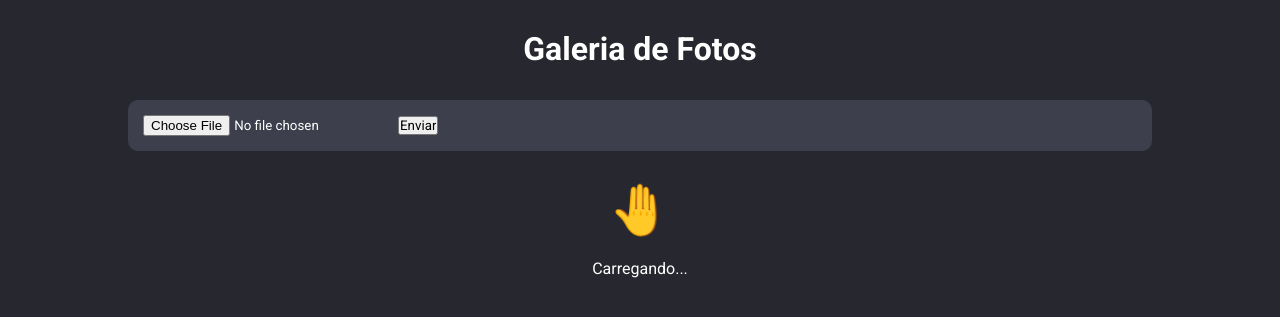
Repository: guilhermecardoso93/imagesapp
Page: /
An editor plug-in stored every save of this project. The page is shown before and after the next save, followed by the edit.
The browser window is 1280 px wide. The pictures show the whole page.
The page's requests for data from a server got no answer. The project was rebuilt for these pictures with package versions that can differ from the ones it lists, and the page was loaded fresh each time. No one was signed in, and anything a server would have sent is missing. Also part of the build but not shown: src/components/PhotoItem/styles.ts, src/components/PhotoItem/index.tsx.

Above is the page before, as saved 2022-11-14 19:11:14.

### public/index.html
<!DOCTYPE html>
<html lang="en">
  <head>
    <meta charset="utf-8" />
    <meta name="viewport" content="width=device-width, initial-scale=1" />
    <meta name="theme-color" content="#000000" />
    <meta
      name="description"
      content="Web site created using create-react-app"
      />
    <link rel="preconnect" href="https://fonts.googleapis.com">
    <link rel="preconnect" href="https://fonts.gstatic.com" crossorigin>
    <link
      href="https://fonts.googleapis.com/css2?family=Roboto:wght@400;500;700&display=swap"
      rel="stylesheet">
    <link rel="apple-touch-icon" href="%PUBLIC_URL%/logo192.png" />
    <!--
      manifest.json provides metadata used when your web app is installed on a
      user's mobile device or desktop. See https://developers.google.com/web/fundamentals/web-app-manifest/
    -->
    <link rel="manifest" href="%PUBLIC_URL%/manifest.json" />
    <!--
      Notice the use of %PUBLIC_URL% in the tags above.
      It will be replaced with the URL of the `public` folder during the build.
      Only files inside the `public` folder can be referenced from the HTML.

      Unlike "/favicon.ico" or "favicon.ico", "%PUBLIC_URL%/favicon.ico" will
      work correctly both with client-side routing and a non-root public URL.
      Learn how to configure a non-root public URL by running `npm run build`.
    -->
    <title>React App</title>
  </head>
  <body>
    <noscript>You need to enable JavaScript to run this app.</noscript>
    <div id="root"></div>
    <!--
      This HTML file is a template.
      If you open it directly in the browser, you will see an empty page.

      You can add webfonts, meta tags, or analytics to this file.
      The build step will place the bundled scripts into the <body> tag.

      To begin the development, run `npm start` or `yarn start`.
      To create a production bundle, use `npm run build` or `yarn build`.
    -->
  </body>
</html>

### src/index.tsx
import React from 'react';
import ReactDOM from 'react-dom/client';
import { App } from './App';
import reportWebVitals from './reportWebVitals';

import './global.css'

const root = ReactDOM.createRoot(
  document.getElementById('root') as HTMLElement
);
root.render(
  <React.StrictMode>
    <App />
  </React.StrictMode>
);

// If you want to start measuring performance in your app, pass a function
// to log results (for example: reportWebVitals(console.log))
// or send to an analytics endpoint. Learn more: https://bit.ly/CRA-vitals
reportWebVitals();

### src/App.tsx
import { useEffect, useState } from "react";
import { Area, Container, Header, ScreenWaring, PhotoList, UploadForm } from "./App.styles";
import { PhotoItem } from "./components/PhotoItem";
import * as Photos from "./services/photos";
import { PhotoTypes } from "./types/photoTypes";

export function App() {
  const [loading, setLoading] = useState(false);
  const [photos, setPhotos] = useState<PhotoTypes[]>([]);

  function handleFormSubmit() {}

  useEffect(() => {
    const getPhotos = async () => {
      setLoading(true);
      setPhotos(await Photos.getAll());
      setLoading(false);
    };
    getPhotos();
  }, []);

  return (
    <Container>
      <Area>
        <Header>Galeria de Fotos</Header>
        <UploadForm method="post" onSubmit={handleFormSubmit}>
          <input type='file' name='image'/>
          <input type='submit' value='Enviar'/>
        </UploadForm>

        {loading && (
          <ScreenWaring>
            <div className="emoji">🤚</div>
            <div>Carregando...</div>
          </ScreenWaring>
        )}
        {!loading && photos.length > 0 && (
          <PhotoList>
            {photos.map((photo) => (
              <PhotoItem key={photo.url} name={photo.name} url={photo.url} />
            ))}
          </PhotoList>
        )}
        {!loading && photos.length === 0 && (
          <ScreenWaring>
            <div className="emoji">🙃</div>
            <div>Não há fotos disponiveis...</div>
          </ScreenWaring>
        )}
      </Area>
    </Container>
  );
}

### src/global.css
* {
  box-sizing: border-box;
  margin: 0;
  padding: 0;

  font-family: 'Roboto', sans-serif;
}

### src/App.styles.ts
import styled from "styled-components";

export const Container = styled.div`
  background-color: #27282f;
  color: #fff;
  height: 100vh;
`;
export const Area = styled.div`
  margin: auto;
  max-width: 80%;
  padding: 1.87rem 0;
`;

export const Header = styled.h1`
  text-align: center;
  margin-bottom: 2rem;
`;

export const ScreenWaring = styled.div`
  display: flex;
  flex-direction: column;
  align-items: center;
  justify-content: center;

  .emoji {
    font-size: 50px;
    margin-bottom: 20px;
  }
`;

export const PhotoList = styled.div`
  margin: auto;
  display: grid;
  grid-template-columns: 400px 400px 400px 400px;
  grid-template-rows: auto 1fr auto;
  gap: 10px;
`;

export const UploadForm = styled.form`
  background-color: #3d3f4d;
  padding: 15px;
  border-radius: 10px;
  margin-bottom: 30px;


`

### src/services/photos.ts
import { ref,listAll, getDownloadURL } from "firebase/storage";
import { storage } from "../libs/firebase";
import { PhotoTypes } from "../types/photoTypes";

export async function getAll() {
  let list: PhotoTypes[] = [];

  const galleryFolder = ref(storage, "gallery")
  const photoList = await listAll(galleryFolder)

  for(let i in photoList.items) {
    let photoUrl = await getDownloadURL(photoList.items[i])

    list.push({
      name:photoList.items[i].name,
      url: photoUrl,
    })
  }

  return list;
}

### src/libs/firebase.ts
import { initializeApp } from "firebase/app";
import { getStorage } from "firebase/storage";

const firebaseConfig = {
  apiKey: process.env.REACT_APP_FIREBASE_KEY,
  authDomain: process.env.REACT_APP_FIREBASE_AUTHDOMAIN,
  projectId: process.env.REACT_APP_FIREBASE_PROJECTID,
  storageBucket: process.env.REACT_APP_FIREBASE_STORAGEBUCKET,
  messagingSenderId: process.env.REACT_APP_FIREBASE_MESSEAGINGENDRID,
  appId: process.env.REACT_APP_FIREBASE_APPID,
  measurementId: process.env.REACT_APP_MEASUREMENTID,
};

const firebaseApp = initializeApp(firebaseConfig);
export const storage = getStorage(firebaseApp);

Loaded but not shown: src/reportWebVitals.ts (common file)

After the next save:
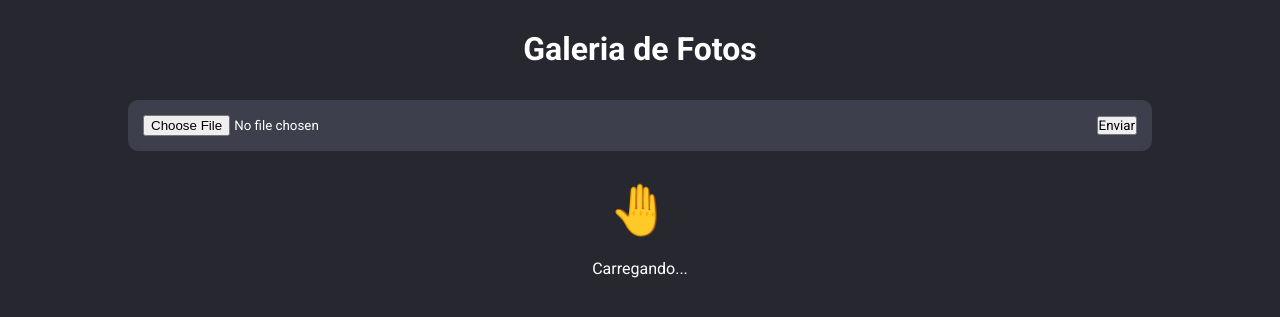
Saved 34 s later.
--- a/src/App.styles.ts
+++ b/src/App.styles.ts
@@ -37,10 +37,11 @@ export const PhotoList = styled.div`
 `;
 
 export const UploadForm = styled.form`
+  display: flex;
+  align-items: center;
+  justify-content:space-between;
   background-color: #3d3f4d;
   padding: 15px;
   border-radius: 10px;
   margin-bottom: 30px;
-
-
-`
+`;
